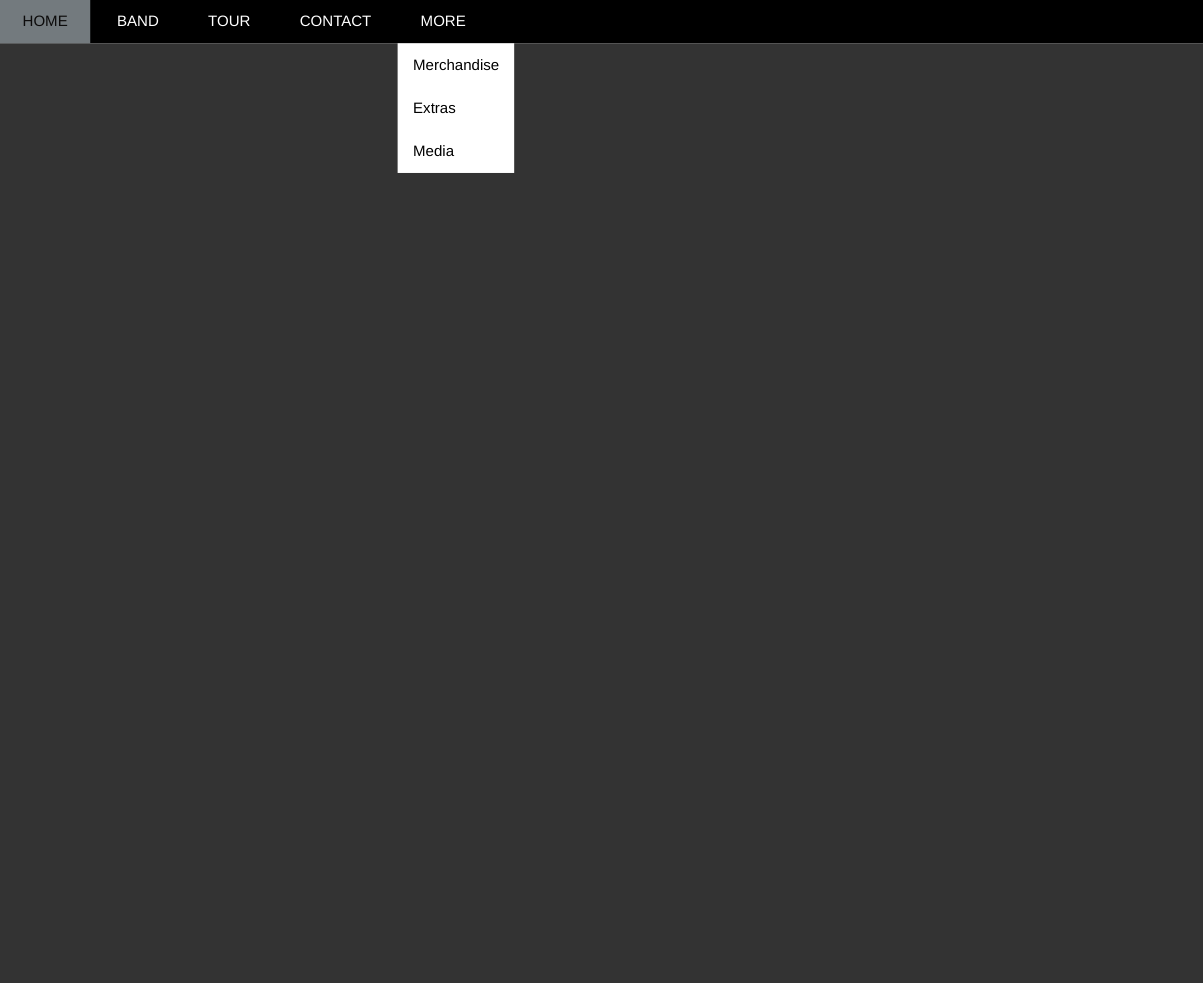
Repository: anhviet-key/hello-cac-ban
Page: HTMS_CSS ZERO 0/index.html
The author's editor kept a copy of each file at every save. The page is drawn from the files as they stood at one save, then again after the next save.
The browser window is 1280 px wide. The pictures show the whole page, at 94% of full size.

Above is the page before, as saved 2021-10-03 23:02:06.

### HTMS_CSS ZERO 0/index.html
<!DOCTYPE html>
<html lang="en">

<head>
    <meta charset="UTF-8">
    <meta http-equiv="X-UA-Compatible" content="IE=edge">
    <meta name="viewport" content="width=device-width, initial-scale=1.0">
    <title>Document</title>
    <link rel="stylesheet" href="./assets/css/style.css">
</head>

<body>
    <!--TODO: Let`s go-->
    <div id="main">
        <div id="header">
            <ul id="nav">
                <li>
                    <a href="#">Home</a>
                </li>
                <li>
                    <a href="#">Band</a>
                </li>
                <li>
                    <a href="#">Tour</a>
                </li>
                <li>
                    <a href="#">Contact</a>
                </li>
                <li>
                    <a href="#">More</a>
                    <ul class="subnav">
                        <li>
                            <a href="">Merchandise</a>
                        </li>
                        <li>
                            <a href="">Extras</a>
                        </li>
                        <li>
                            <a href="">Media</a>
                        </li>
                    </ul>
                </li>
            </ul>
        </div>
        <div id="slider">

        </div>
        <div id="content">
            <div class="slibar">

            </div>
        </div>
        <div id="footer">
            <div>

            </div>
        </div>
    </div>
</body>

</html>

### HTMS_CSS ZERO 0/assets/css/style.css
* {
    margin: 0;
    padding: 0;
    box-sizing: border-box;
}

html {
    font-family: helvetica, arial, sans-serif;
}

#main {}

#header {
    height: 46px;
    background-color: black;
}

#nav,
.subnav {
    list-style-type: none;
}

#nav>li {
    display: inline-block;
    position: relative;
}

#nav>li>a {
    color: #fff;
    text-transform: uppercase;
}

#nav li a {
    /* color: #fff; */
    text-decoration: none;
    line-height: 46px;
    padding: 0px 24px;
    display: block;
}

#nav>li:hover>a,
#nav .subnav li:hover a {
    color: rgb(12, 11, 11);
    background-color: rgb(115, 122, 126);
}

#nav .subnav {
    /* display: none; */
    position: absolute;
    background-color: #fff;
}

#nav .subnav a {
    color: black;
    padding: 0px 16px;
}

#slider {
    min-height: 1000px;
    background-color: #333;
}

#content #footer

After the next save:
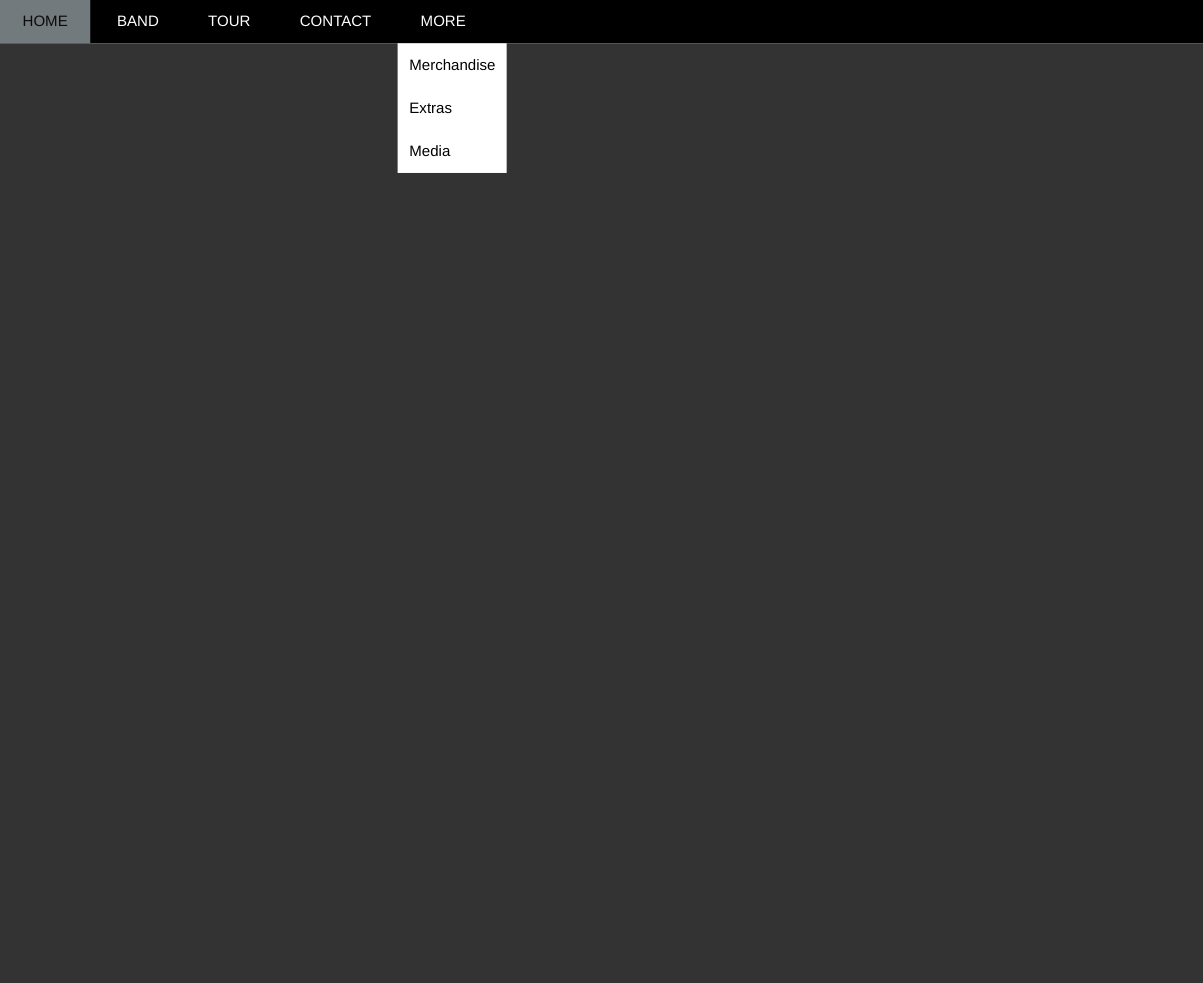
Saved 16 s later.
--- a/HTMS_CSS ZERO 0/assets/css/style.css
+++ b/HTMS_CSS ZERO 0/assets/css/style.css
@@ -52,7 +52,7 @@
 
 #nav .subnav a {
     color: black;
-    padding: 0px 16px;
+    padding: 0px 12px;
 }
 
 #slider {
